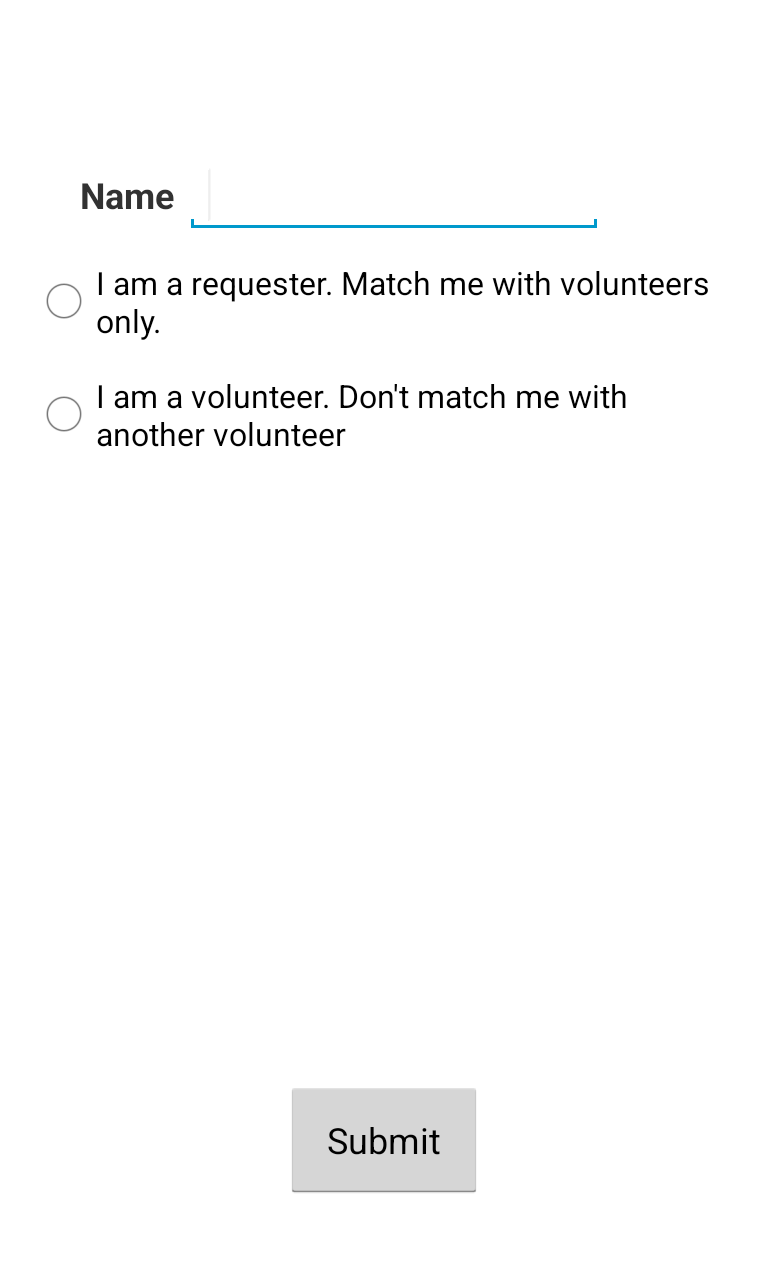
Repository: rwillmot/CS180-SafeWalk-Phase2
Layout: SafeWalkAndroidClient/res/layout/client_fragment_layout.xml
An editor plug-in stored every save of this project. The layout is shown before and after the next save, followed by the edit.
It is drawn on a 768 x 1280 px phone screen (xhdpi) without system bars, with theme AppTheme; the app's code is not run.

Above is the layout before, as saved 2014-12-02 21:33:37.

After the next save:
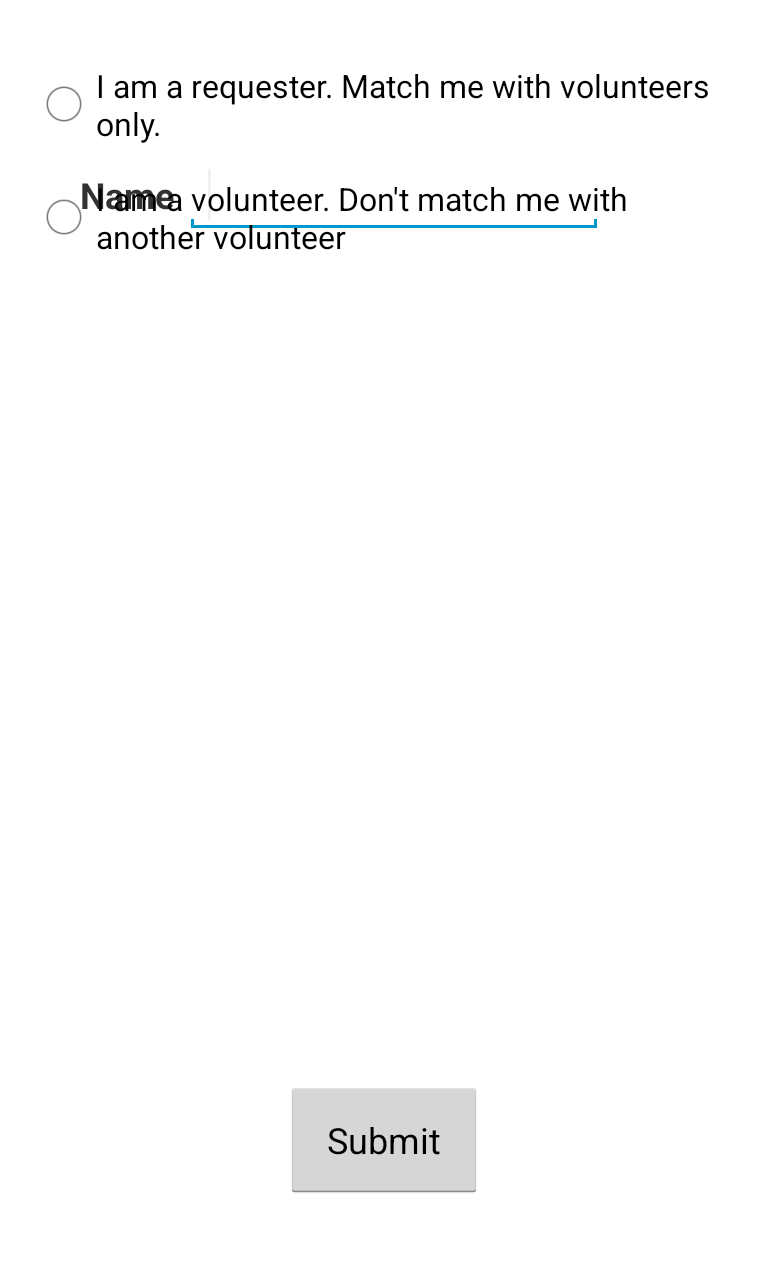
Saved 4 min 44 s later.
--- a/SafeWalkAndroidClient/res/layout/client_fragment_layout.xml
+++ b/SafeWalkAndroidClient/res/layout/client_fragment_layout.xml
@@ -59,14 +59,14 @@
         android:layout_width="fill_parent"
         android:layout_height="wrap_content"
         android:orientation="vertical" >
-    </RadioGroup>
+
 
     <RadioButton
         android:id="@+id/radio_requester"
         android:layout_width="wrap_content"
         android:layout_height="wrap_content"
         android:layout_alignParentRight="true"
-        android:layout_below="@+id/et_name"
+        android:layout_below="@+id/tv_name"
         android:layout_marginTop="16dp"
         android:onClick="onRadioButtonClicked"
         android:text="I am a requester. Match me with volunteers only." />
@@ -80,5 +80,5 @@
         android:layout_marginTop="16dp"
         android:onClick="onRadioButtonClicked"
         android:text="I am a volunteer. Don&apos;t match me with another volunteer" />
-
+    </RadioGroup>
 </RelativeLayout>
